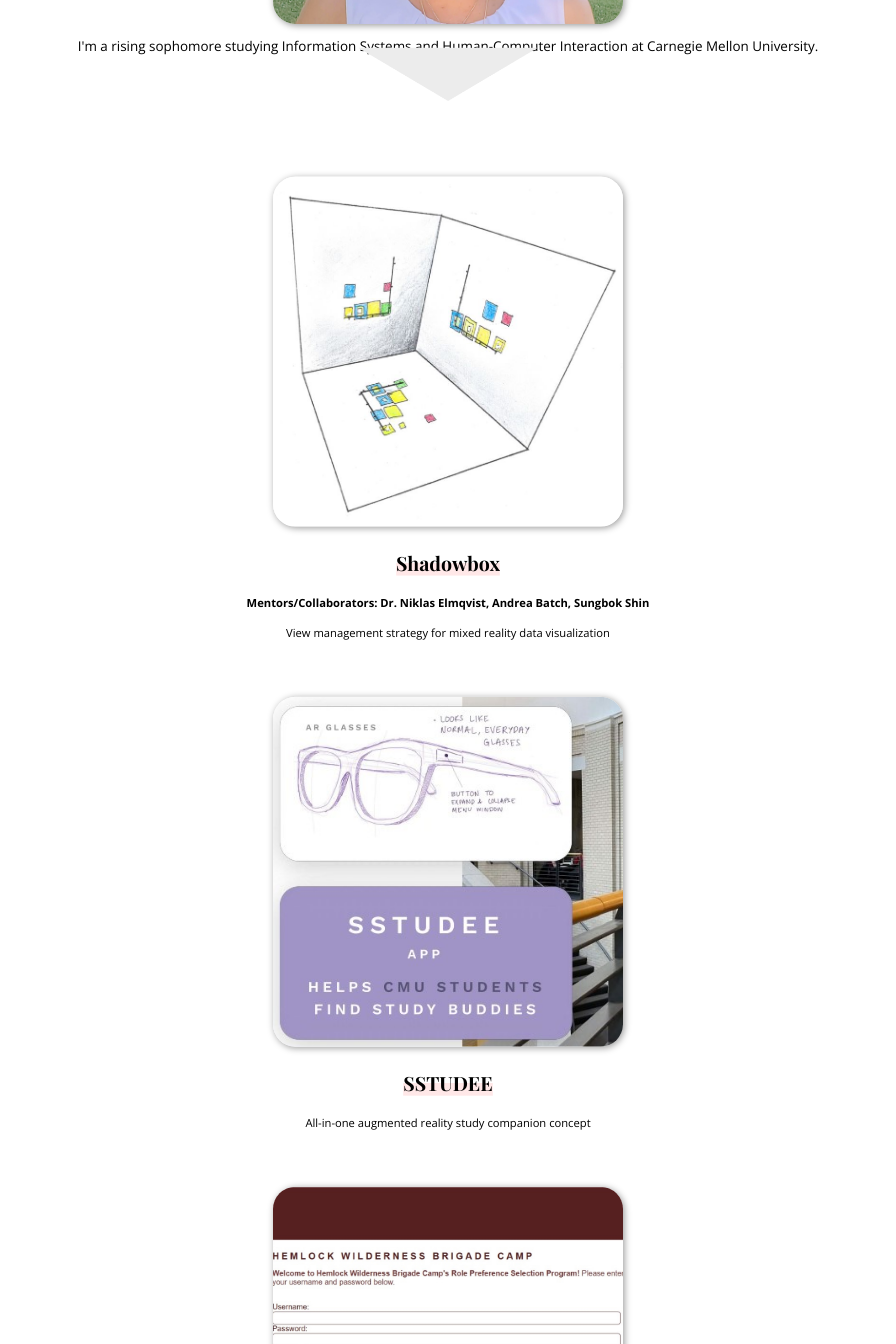
Repository: liu-julia/liu-julia.github.io
Page: index.html
The author's editor kept a copy of each file at every save. The page is drawn from the files as they stood at one save, then again after the next save.
The browser window is 1280 px wide. The pictures show the part of the page from y = 545 to 2465 px (the page is 4705 px tall before and 4727 px after), at 70% of full size.

Above is the page before, as saved 2022-08-02 12:25:14.

After the next save:
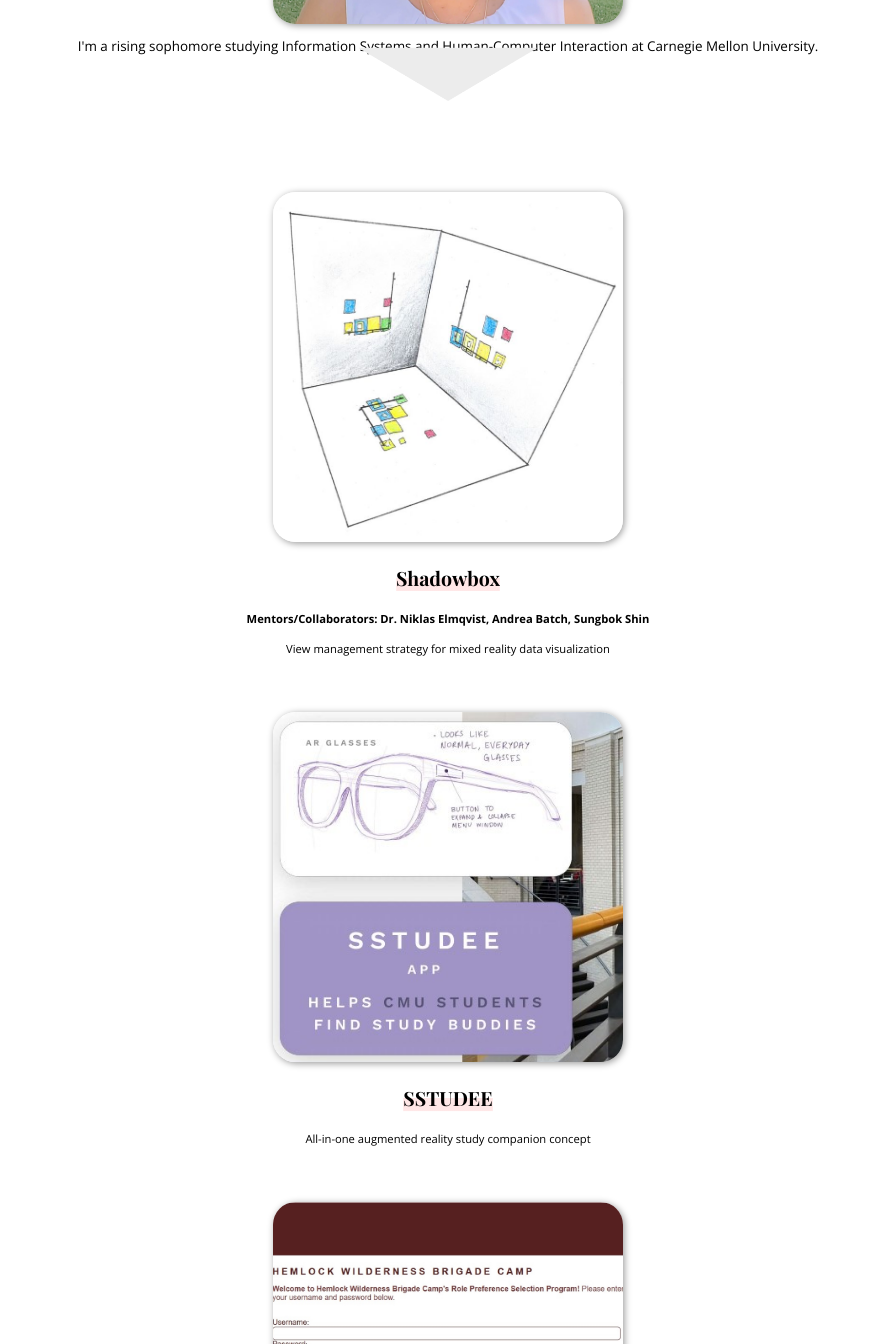
Saved 3 min 59 s later.
--- a/index.html
+++ b/index.html
@@ -22,6 +22,11 @@
             <a class="hl_hover" href="contact.html">Contact</a>
         </div>
     </header>
+    <div id="ham">
+        <a class="highlighted" href="index.html">Projects</a>
+        <a class="hl_hover" href="about.html">About</a>
+        <a class="hl_hover" href="contact.html">Contact</a>
+    </div>
     <div id="content">
         <div id="top">
             <img id="face" src="images/IMG_20210707_193435_832.jpg" alt="Julia Liu">

After the 6 saves that followed:
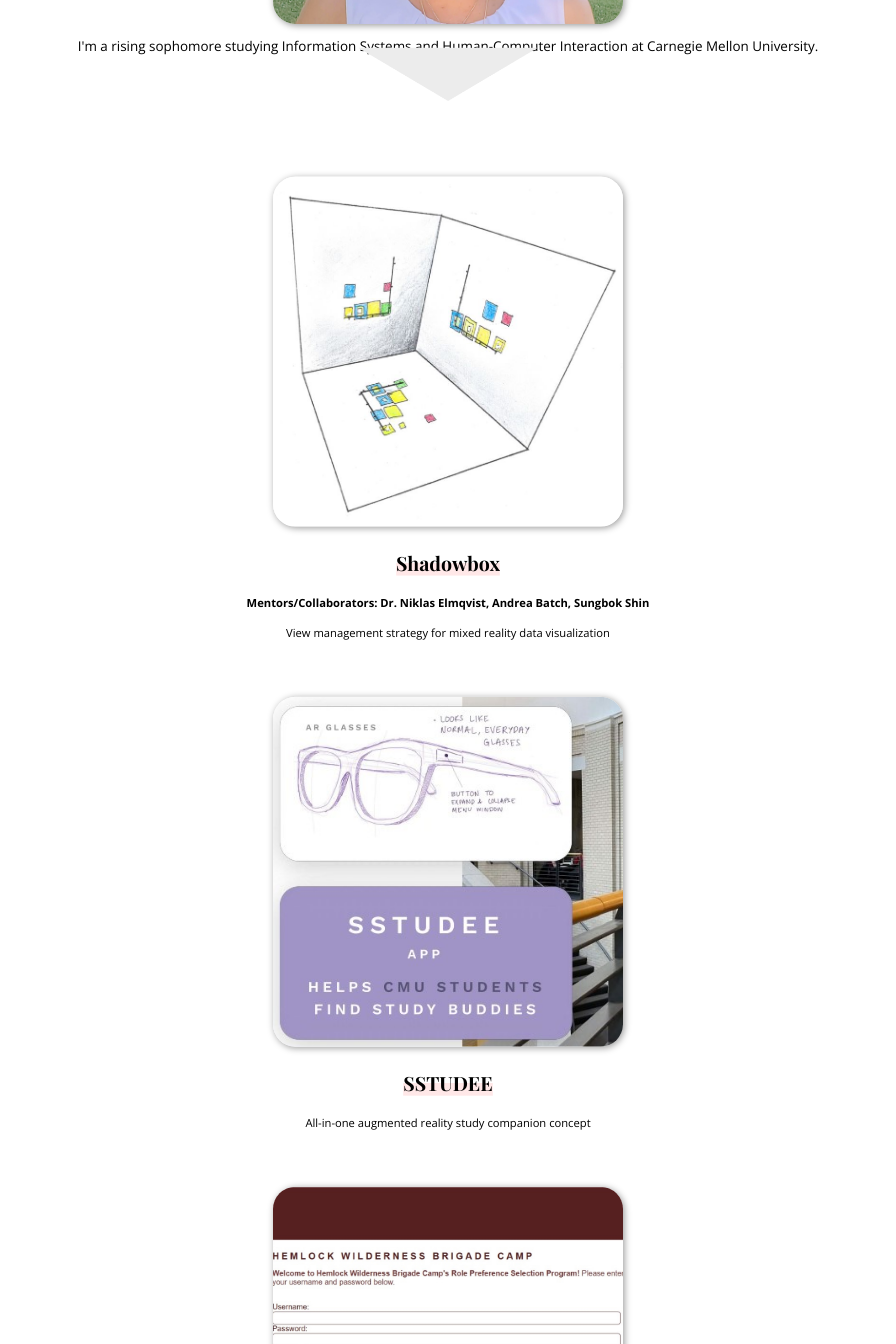
The 6 saves are shown as one change because 4 left the picture as it was and some came seconds apart.
The last was saved 3 min 17 s later.
--- a/css/mobile.css
+++ b/css/mobile.css
@@ -116,3 +116,8 @@
 #foot {
     padding: 2em;
 }
+#ham {
+    position: absolute;
+    background-color: white;
+    height: 100%;
+}
--- a/css/1500.css
+++ b/css/1500.css
@@ -345,3 +345,6 @@
     margin-bottom: 0px;
     margin-top: 10px;
 }
+#ham {
+    display: none;
+}
